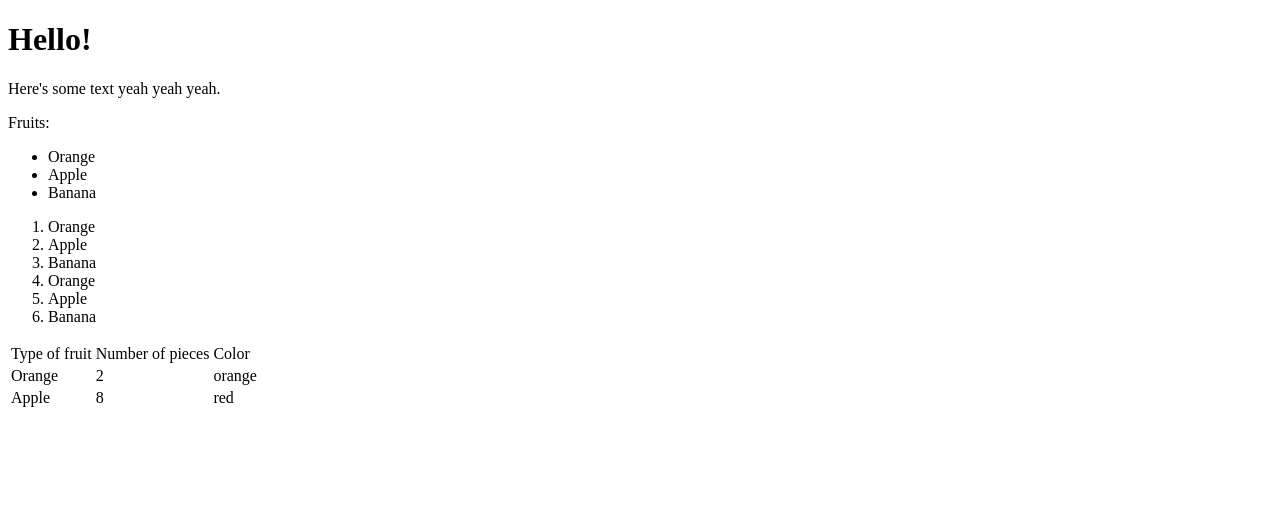
Repository: OperationSpark/teacher-training-curriculum
Page: Lesson4.html
The author's editor kept a record of every edit. The page is drawn from the files as they stood at one moment, then again after the next edit.
The browser window is 1280 px wide. The pictures show the whole page.

Above is the page before.

### Lesson4.html
<!DOCTYPE html>
<html>
    <head>
        <title>CSS!</title>
        <style type="text/css">

        </style>
    </head>
    <body>

        <h1>Hello!</h1>
        <p>Here's some text yeah yeah yeah.</p>


        <p>Fruits:</p>
        <ul>
            <li>Orange</li>
            <li>Apple</li>
            <li>Banana</li>
        </ul>

        <ol>
            <li>Orange</li><li>Apple</li><li>Banana</li><li>Orange</li><li>Apple</li><li>Banana</li>
        </ol>

        <table>
            <tr>
                <td>Type of fruit </td>
                <td>Number of pieces</td>
                <td>Color</td>
            </tr>
            <tr>
                <td>Orange</td>
                <td>2</td>
                <td>orange</td>
            </tr>
            <tr>
                <td>Apple</td>
                <td>8</td>
                <td>red</td>
            </tr>
        </table>

    </body>
</html>

After the next edit:
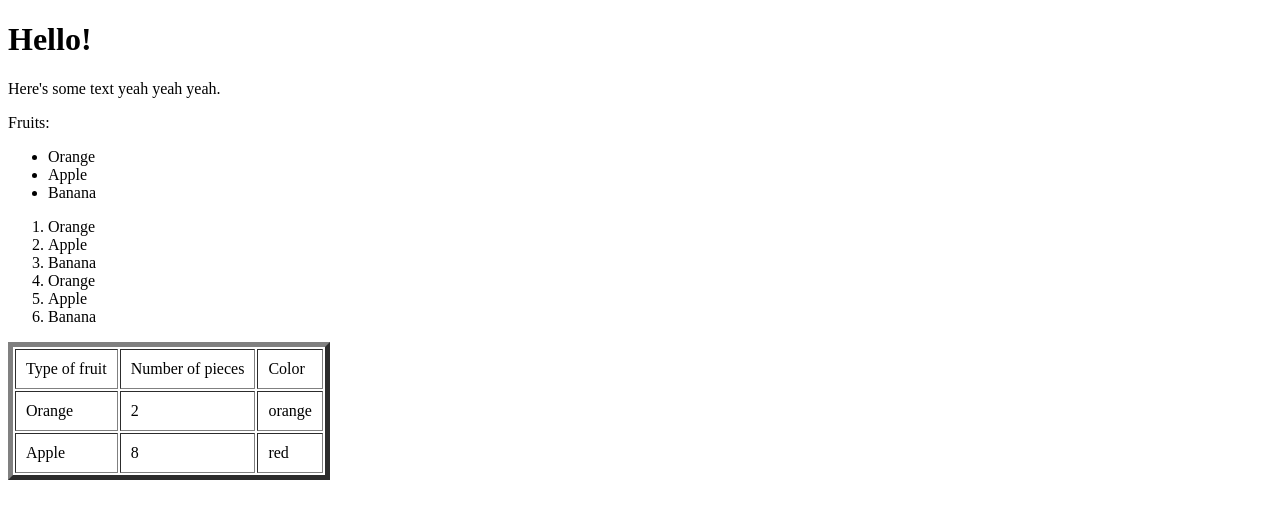
The edit:
--- a/Lesson4.html
+++ b/Lesson4.html
@@ -23,7 +23,7 @@
             <li>Orange</li><li>Apple</li><li>Banana</li><li>Orange</li><li>Apple</li><li>Banana</li>
         </ol>
 
-        <table>
+        <table border="5px" cellpadding="10px">
             <tr>
                 <td>Type of fruit </td>
                 <td>Number of pieces</td>
